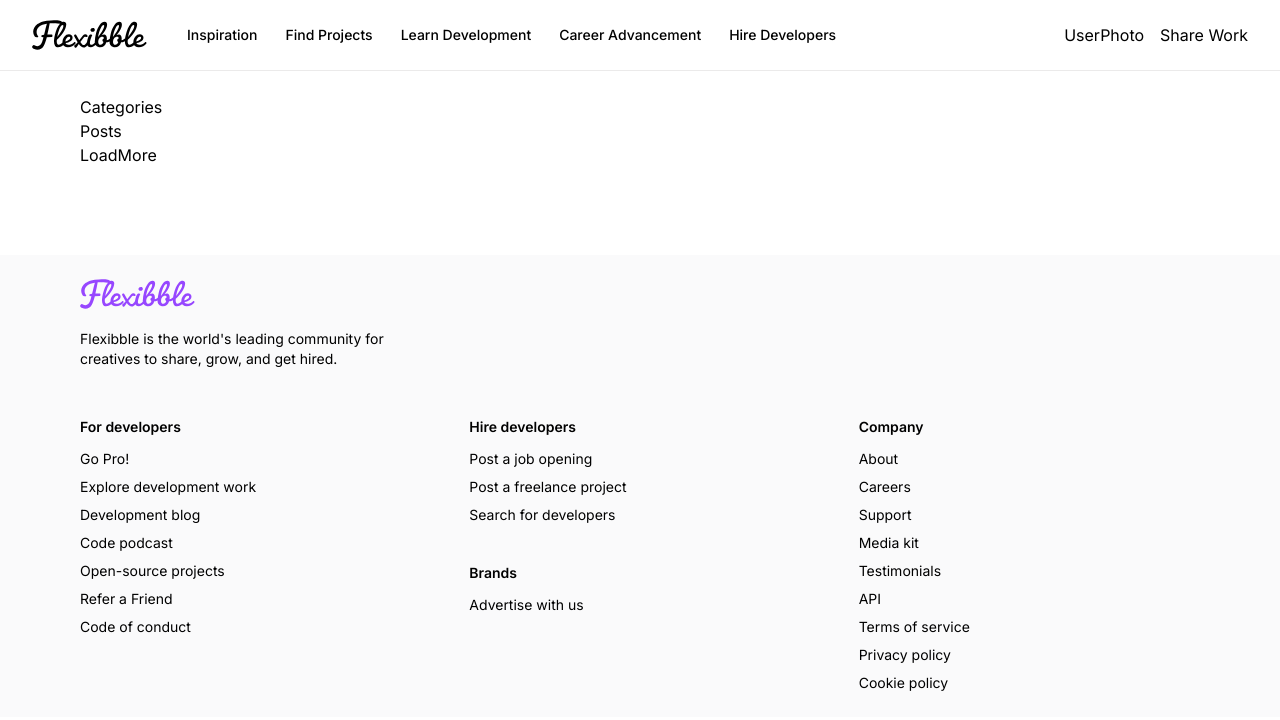
Repository: davedeguia/grafbase_flexibble
Page: /
These files come from the project's save history. The page is drawn as it stood at one moment and after the next save; the edit follows.
The browser window is 1280 px wide. The pictures show the whole page.
The project was rebuilt for these pictures with package versions that can differ from the ones it lists, and the page was loaded fresh each time. The framework's server and built-in components were replaced by stand-ins that run in the browser. Also part of the build but not shown: next.config.js, app/components/AuthProviders.tsx.

Above is the page before, as saved 2023-07-16 07:53:36.

After the next save:
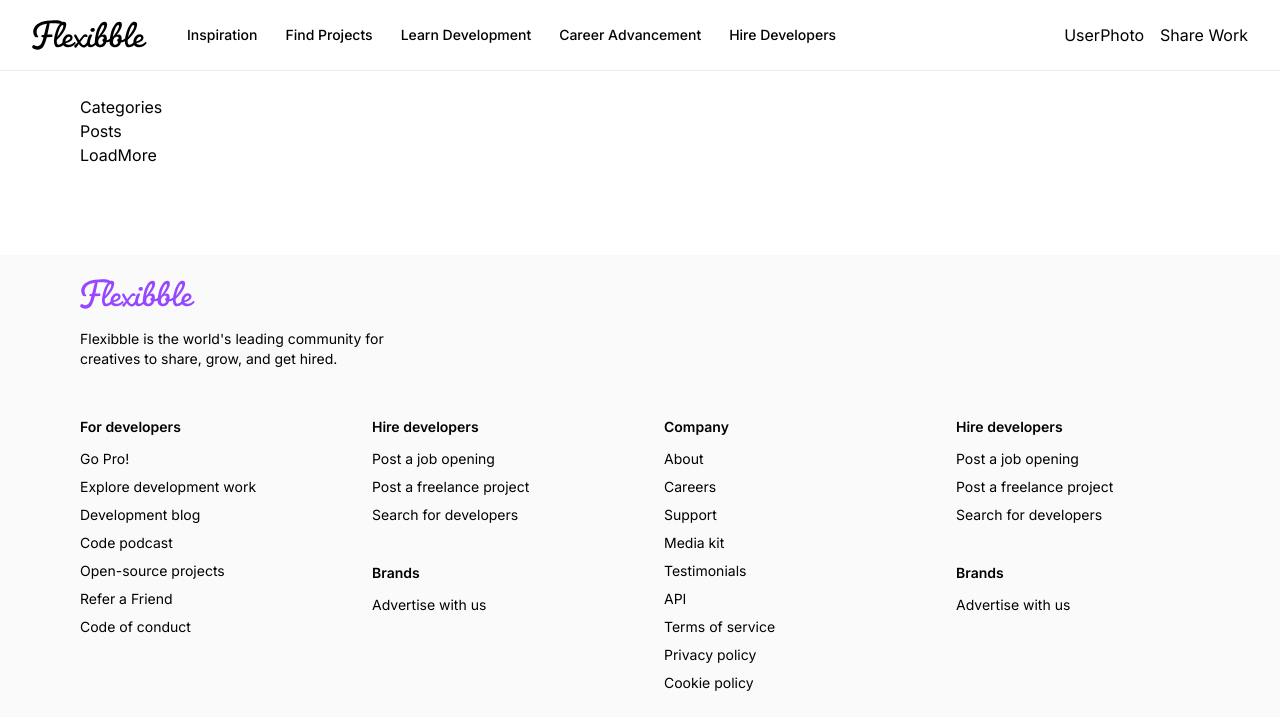
Saved 65 s later.
--- a/app/components/Footer.tsx
+++ b/app/components/Footer.tsx
@@ -58,6 +58,16 @@
             title={footerLinks[3].title}
             links={footerLinks[3].links}
           />
+          <div className='flex-1 flex flex-col gap-4'>
+            <FooterColumn
+              title={footerLinks[1].title}
+              links={footerLinks[1].links}
+            />
+            <FooterColumn
+              title={footerLinks[2].title}
+              links={footerLinks[2].links}
+            />
+          </div>
         </div>
       </div>
     </footer>
